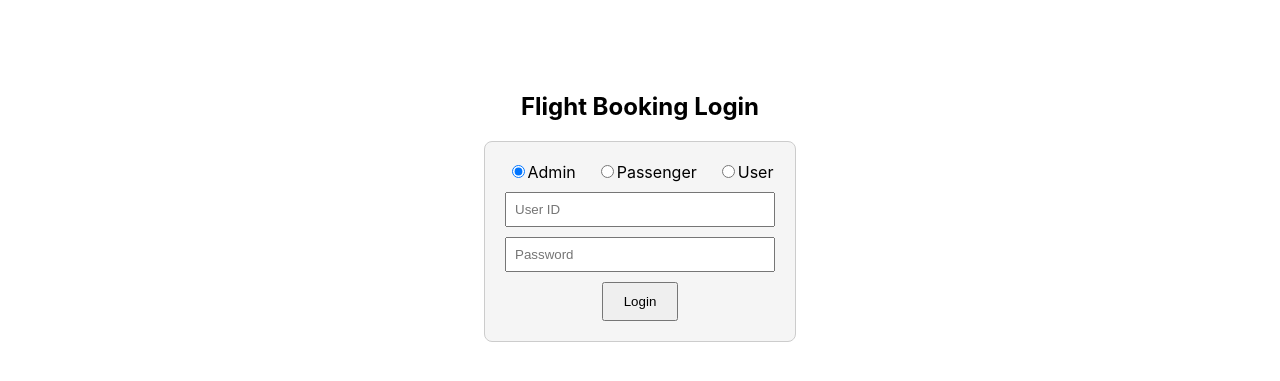
Repository: Shenes35/Booking-system
Page: / (app in frontend/)
The author's editor kept a copy of each file at every save. The page is drawn from the files as they stood at one save, then again after the next save.
The browser window is 1280 px wide. The pictures show the whole page.
The project was rebuilt for these pictures with package versions that can differ from the ones it lists, and the page was loaded fresh each time.

Above is the page before, as saved 2025-05-19 10:08:36.

After the next save:
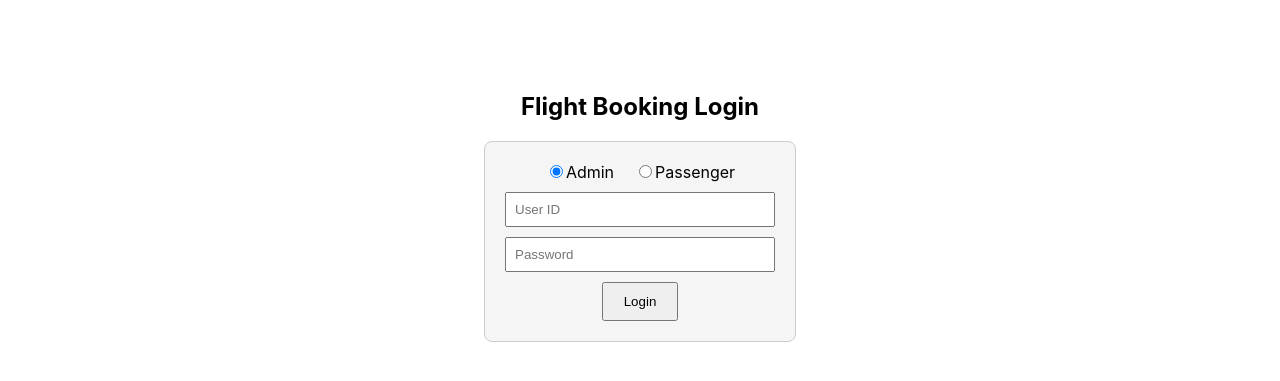
Saved 12 s later.
--- a/frontend/src/components/LoginPage.jsx
+++ b/frontend/src/components/LoginPage.jsx
@@ -27,10 +27,6 @@ const LoginPage = ({ setUserRole }) => {
             <input type="radio" value="passenger" checked={role === 'passenger'} onChange={() => setRole('passenger')} />
             Passenger
           </label>
-          <label style={{ marginLeft: '20px' }}>
-            <input type="radio" value="passenger" checked={role === 'passenger'} onChange={() => setRole('passenger')} />
-            User
-          </label>
         </div>
         <input
           type="text"
